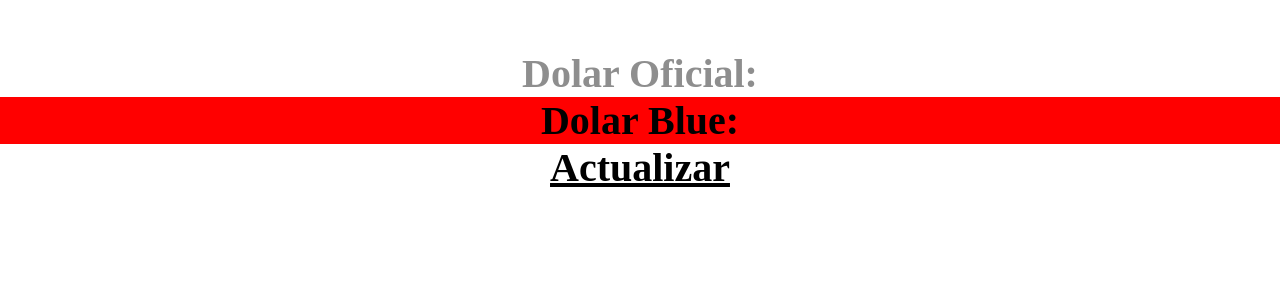
Repository: matias4633/Bill-Metal
Page: BillMetal/widget/BillMetal/index.html
These files come from the project's save history. The page is drawn as it stood at one moment and after the next save; the edit follows.
The browser window is 1280 px wide. The pictures show the whole page.
The page's requests for data from a server got no answer.

Above is the page before, as saved 2022-07-15 07:24:59.
Console error (its wording comes from the project's code and is left out).

After the next save:
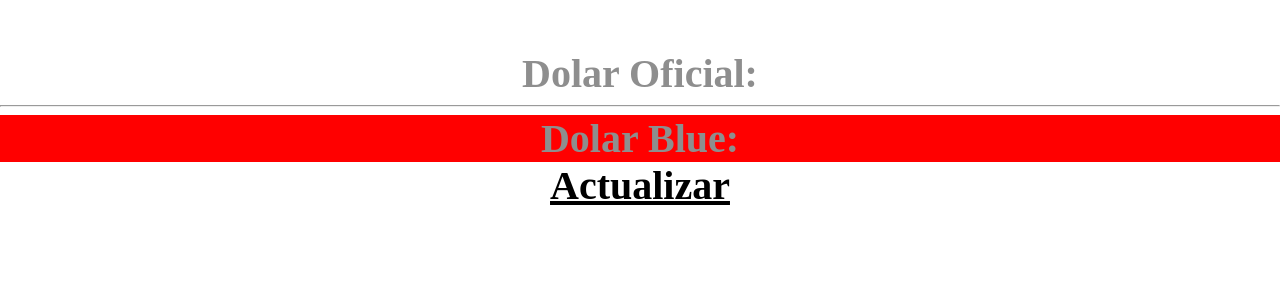
Saved 84 s later.
--- a/BillMetal/widget/BillMetal/index.html
+++ b/BillMetal/widget/BillMetal/index.html
@@ -12,6 +12,7 @@
   <div id="page">
     <div id="container">
       <p id="texto-oficial">Dolar Oficial: <div id="oficial"></div>
+      <hr>
       <div id="texto-blue">Dolar Blue: <div id="blue"></div> </div>
       <div id="contactualizar"><a id="actualizar" href="javascript:location.reload()">Actualizar</a></div>
       </p>
--- a/BillMetal/widget/BillMetal/css/style.css
+++ b/BillMetal/widget/BillMetal/css/style.css
@@ -36,7 +36,7 @@ body {
 #texto-blue {
     font-weight: bold;
     font-size: 40px;
-    color: black;
+    color: #8e8e8e;
     margin: 0;
     text-align: center;
     background: red
@@ -46,7 +46,7 @@ body {
     font-weight: bold;
     font-size: 40px;
     text-align: center;
-    color: black;
+    color: #079a7d;
 }
 #contactualizar{
 	text-align:center;
